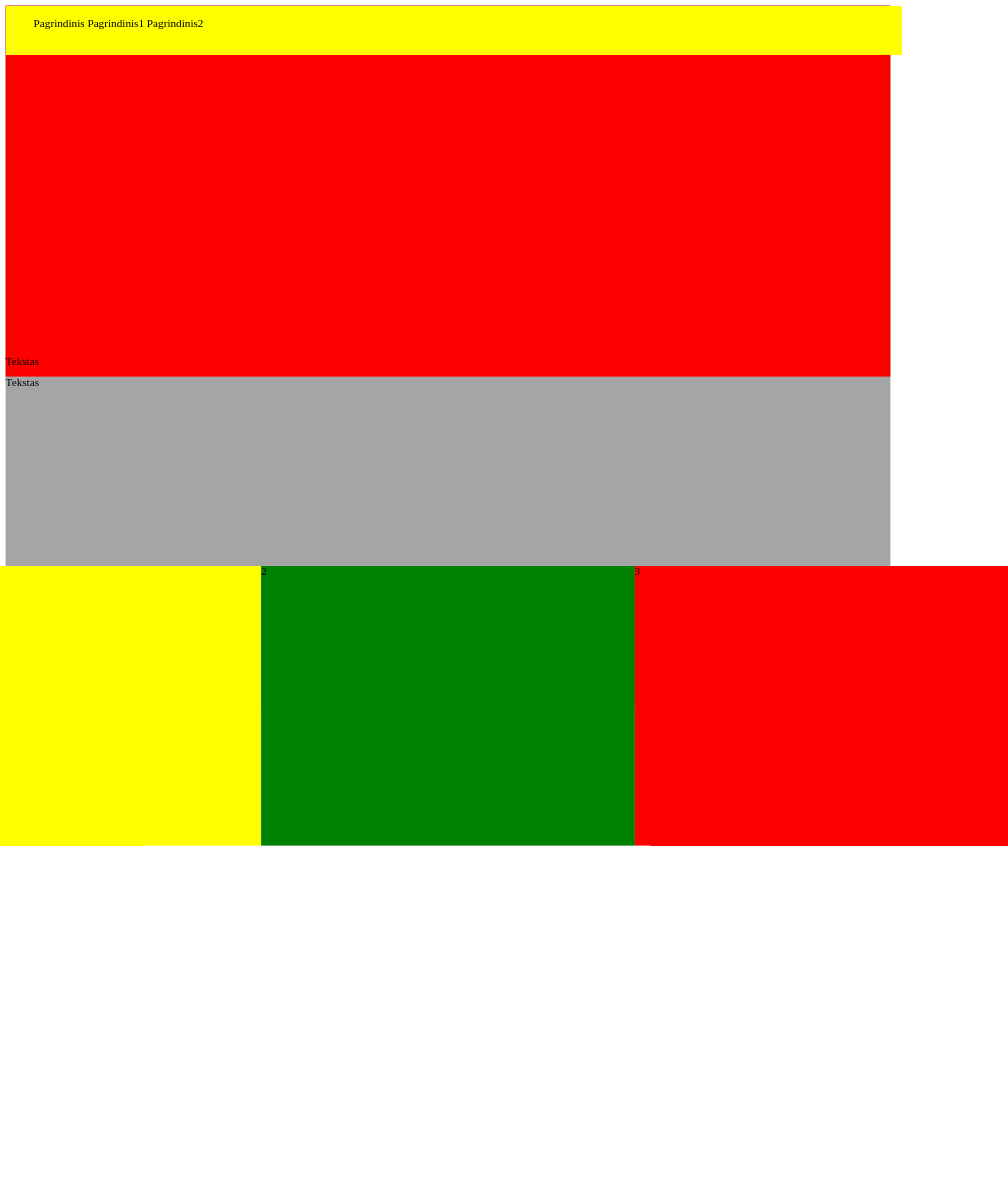
Repository: motiejus1/13-paskaita-05.31
Page: index.html
An editor plug-in stored every save of this project. The page is shown before and after the next save, followed by the edit.
The browser window is 1280 px wide. The page is 1440 px wide, so the pictures cover 1440 px, including what lies to the right of the window. The pictures show the part of the page from y = 0 to 1720 px (the page is 5538 px tall before and 5530 px after), at 70% of full size.

Above is the page before, as saved 2021-06-21 20:05:07.

After the next save:
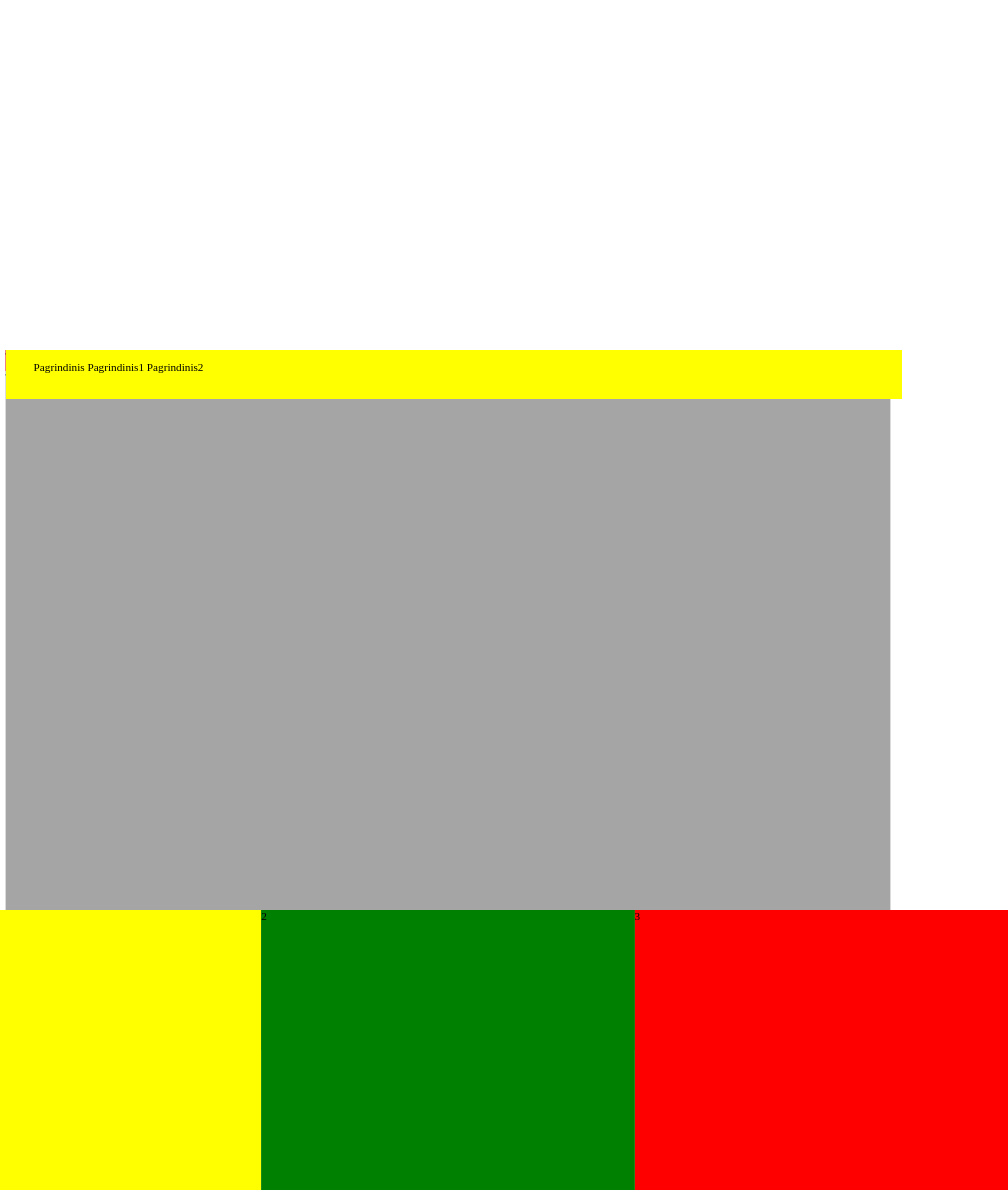
Saved 10 s later.
--- a/index.html
+++ b/index.html
@@ -75,7 +75,7 @@
         .lipdukas {
             width:100%;
             height: 30px;
-            padding-top: 500px;
+            margin-top: 500px;
         }
     </style>
 
